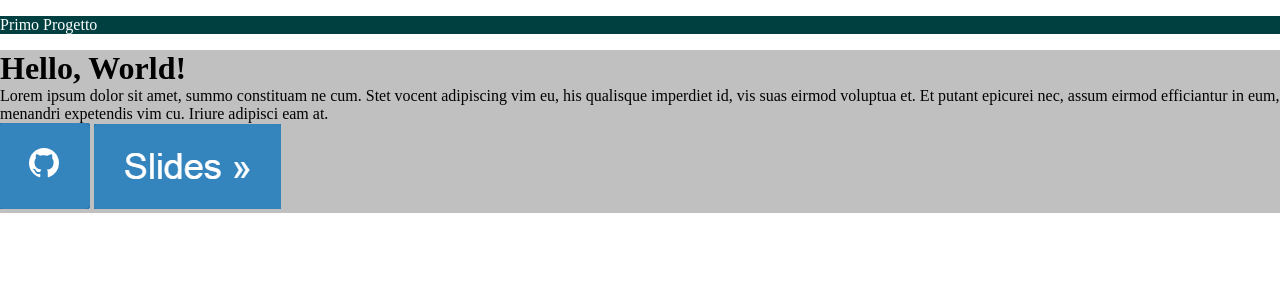
Repository: AndreaGuastaferro/Repository_Andrea_Guastaferro_Front
Page: cartella_html/NUOVO_HTML/ProgettoFinale.html
An editor plug-in stored every save of this project. The page is shown before and after the next save, followed by the edit.
The browser window is 1280 px wide. The pictures show the whole page.

Above is the page before, as saved 2018-10-22 16:16:41.

After the next save:
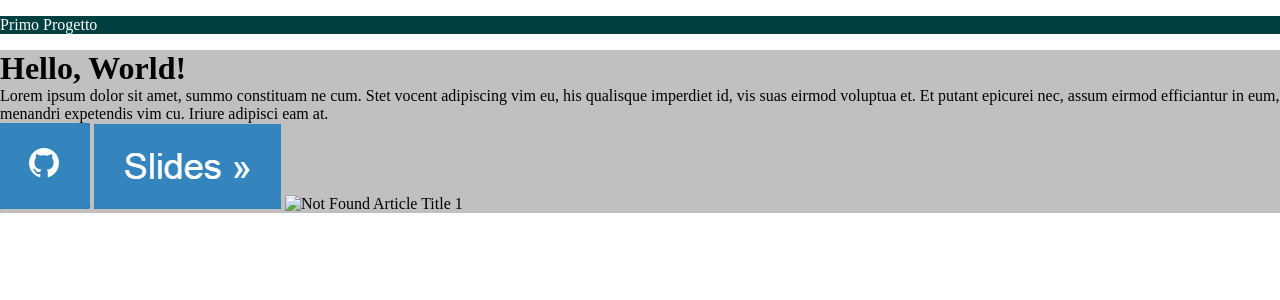
Saved 7 min 22 s later.
--- a/cartella_html/NUOVO_HTML/ProgettoFinale.html
+++ b/cartella_html/NUOVO_HTML/ProgettoFinale.html
@@ -20,6 +20,9 @@
 	 		</article>
 	 		<span class="Span_uno"> <a href="https://it-it.facebook.com"><img alt="Not Found"  src="img/progetto finale_imm1.png"></a></span>
 	 		<span class="Span_due"> <a href="http://www.irpinianews.it"><img alt="Not Found"  src="img/progetto finale_imm2.png"></a></span>
+
+	 		<span class="Span_tre"><img alt="Not Found" src= "">  Article Title 1 </span>
+
 	 	</div>
 	 </div>
 </body>
